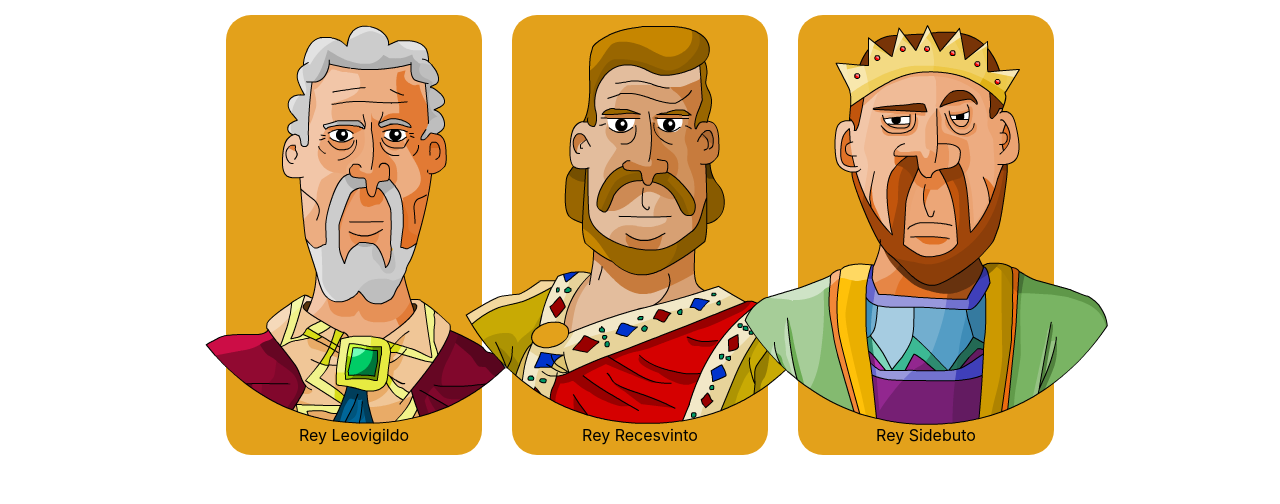
Repository: abgdev1997/ejercicios-react
Page: /
These files come from the project's save history. The page is drawn as it stood at one moment and after the next save; the edit follows.
The browser window is 1280 px wide. The pictures show the whole page.
The project was rebuilt for these pictures with package versions that can differ from the ones it lists, and the page was loaded fresh each time.

Above is the page before, as saved 2022-02-22 09:53:21.

After the next save:
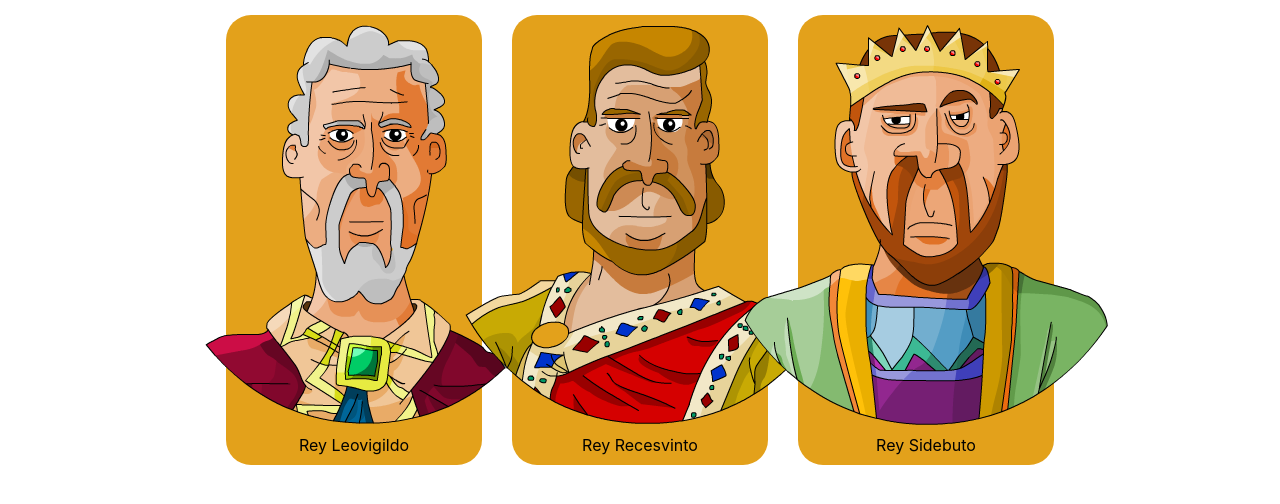
Saved 23 s later.
--- a/src/App.css
+++ b/src/App.css
@@ -15,3 +15,7 @@
   padding-top: 10px;
   padding-bottom: 10px;
 }
+
+.span{
+  padding-top: 10px;
+}
